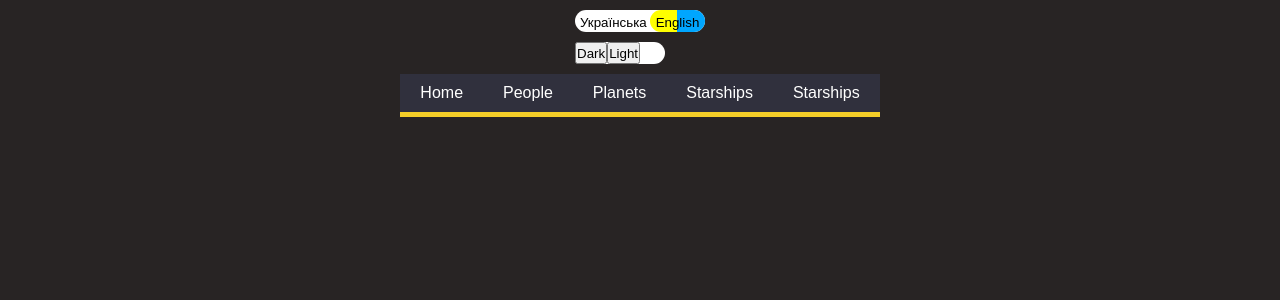
Repository: Novoselets28/star-wars-hooks
Page: /
The author's editor kept a copy of each file at every save. The page is drawn from the files as they stood at one save, then again after the next save.
The browser window is 1280 px wide. The pictures show the whole page.
The project was rebuilt for these pictures with package versions that can differ from the ones it lists, and the page was loaded fresh each time. Also part of the build but not shown: src/hook/useAuth.jsx, src/components/HomePage.jsx, src/components/People/CurrentPeople.jsx, src/components/People/PeopleList.jsx, src/components/People/People.jsx, src/components/Planets/CurrentPlanet.jsx, src/components/Planets/PlanetsList.jsx, src/components/Planets/Planets.jsx and 6 more.

Above is the page before, as saved 2023-03-27 20:43:55.

After the next save:
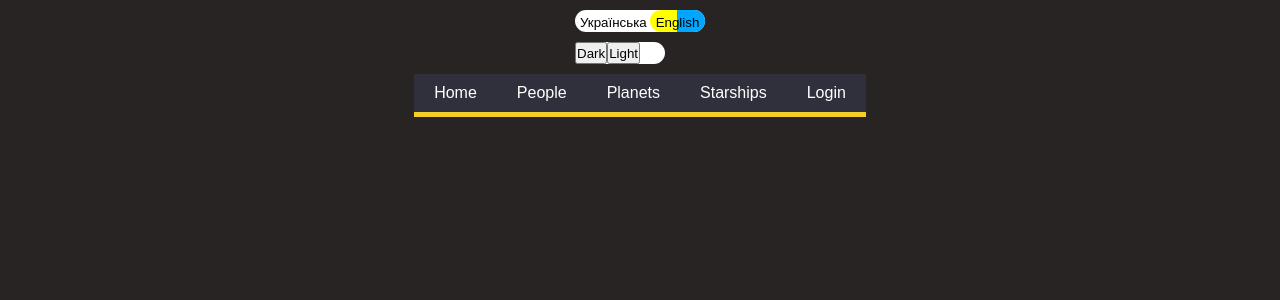
Saved 45 s later.
--- a/src/components/Layout.jsx
+++ b/src/components/Layout.jsx
@@ -8,7 +8,7 @@ const Layout = () => {
             <Link to='people'>People</Link>
             <Link to='planets'>Planets</Link>
             <Link to='starhips'>Starships</Link>
-            <Link to='login'>Starships</Link>
+            <Link to='login'>Login</Link>
         </header>
         <Outlet/>
         </>
